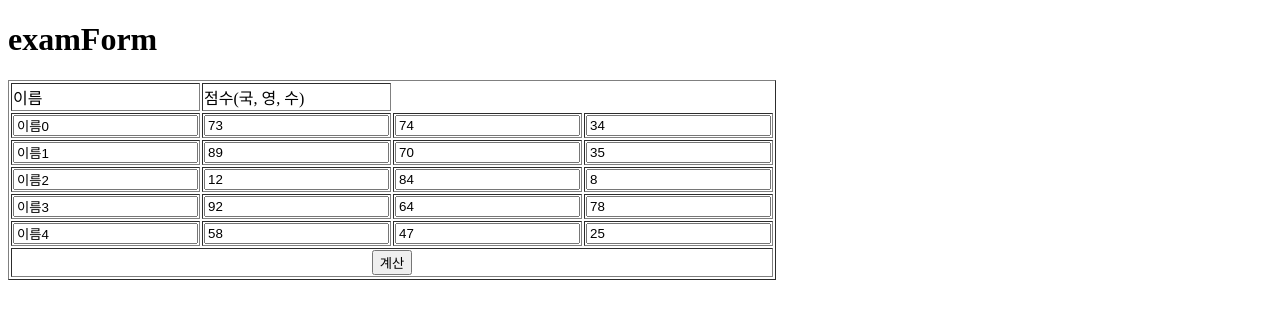
Repository: Jhoon0211/java_work
Page: http://localhost/jspProj/exam/examForm.jsp
The author's editor kept a copy of each file at every save. The page is drawn from the files as they stood at one save, then again after the next save.
The browser window is 1280 px wide. The pictures show the whole page.
The page is served by Tomcat 9. Other server files are loaded and not shown.

Above is the page before, as saved 2023-07-31 09:59:42.

### jspProj/src/main/webapp/exam/examForm.jsp
<%@ page language="java" contentType="text/html; charset=UTF-8"
    pageEncoding="UTF-8"%>
<!DOCTYPE html>
<html>
<head>
<meta charset="UTF-8">
<title>Insert title here</title>
</head>
<body>
<h1>examForm</h1>
	<form action="examReg.jsp">
		<table border="">
			<tr>
				<td>이름</td>
				<td>점수(국, 영, 수)</td>
			</tr>
			<% for(int i = 0; i<5; i++){ %>
			<tr>
				<td><input type="text" name="name" value="<%="이름" + i %>"/></td>
				<td><input type="text" name="kor" value="<%=(int)(Math.random()*100)%>"/></td>
				<td><input type="text" name="eng" value="<%=(int)(Math.random()*100) %>"/></td>
				<td><input type="text" name="math" value="<%=(int)(Math.random()*100) %>"/></td>
			</tr>
			<% } %>
			<tr>
				<td colspan="8" align="center">
					<input type="submit" value="계산" />
				</td>
			</tr>
		</table>
	</form>
</body>
</html>

After the next save:
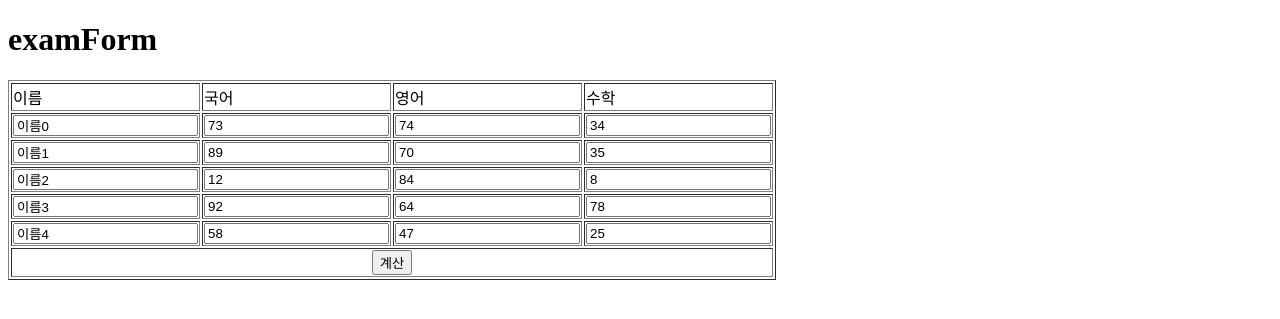
Saved 26 s later.
--- a/jspProj/src/main/webapp/exam/examForm.jsp
+++ b/jspProj/src/main/webapp/exam/examForm.jsp
@@ -12,7 +12,9 @@
 		<table border="">
 			<tr>
 				<td>이름</td>
-				<td>점수(국, 영, 수)</td>
+				<td>국어</td>
+				<td>영어</td>
+				<td>수학</td>
 			</tr>
 			<% for(int i = 0; i<5; i++){ %>
 			<tr>
